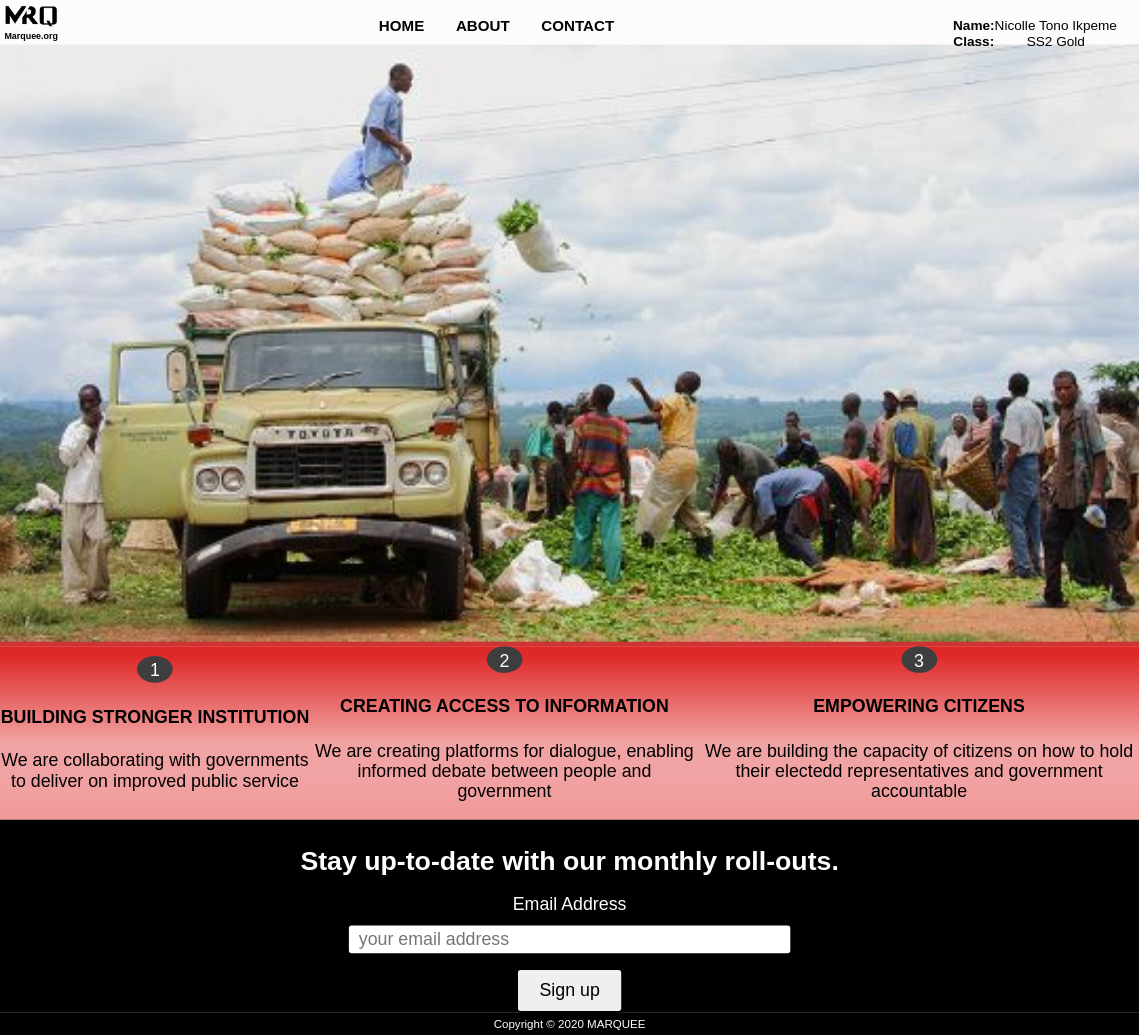
Repository: pboi18/Marquee.org
Page: home.html
An editor plug-in stored every save of this project. The page is shown before and after the next save, followed by the edit.
The browser window is 1280 px wide. The pictures show the whole page, at 89% of full size.

Above is the page before, as saved 2020-07-11 23:24:17.

### home.html
<!DOCTYPE html>
<html>
    <head>
        <meta charset="utf-8">
        <link rel="icon" type="image/png" sizes="16x16" href="img/logo.png">
        <title>Marquee</title>

        <link rel="stylesheet" href="style.css" >
        <link rel="stylesheet" href="normalize.css">
        <link rel="stylesheet" href="Grid.css">


    </head>

    <body>
        <div class="main">
            <header>
                <nav>
                    <div class="navbar">
                        <div class="logo">
                            <img src="img/logo2.jpg" alt="MARQUEE" style="width: 60px; height: 25px;">
                            <p style="font-weight:bold; font-size: x-small; margin: 0px;">Marquee.org</p>
                        </div>



                        <ul class="main-nav">
                            <li>
                                <a href="home.html">
                                    Home
                                </a>
                            </li>

                            <li>
                                <a href="about.html">
                                    ABOUT
                                </a>
                            </li>

                            <li>
                                <a href="contact.html">
                                    CONTACT
                                </a>
                            </li>

                            <li style="float: right;">
                                <table class="id">
                                    <tr>
                                        <th>Name:</th>
                                        <td> Nicolle Tono Ikpeme</td>
                                    </tr>

                                    <tr>
                                        <th>Class:</th>
                                        <td> SS2 Gold</td>
                                    </tr>

                                </table>
                            </li>

                        </ul>

                        </div>
                </nav>

                <div style="background-color: rgb(206, 52, 52)">
                    <img src="img/home.jpg" alt="Farmers" style="width: 100%; margin: 0px; height: 100%;">
                </div>

                <table class="wup">
                    <tr>
                        <td style="width: auto;" class="span-1-of-3">
                            <div class="cover">
                                <p class="numb">1</p>
                                <h4 style="text-align: center;  ;">BUILDING STRONGER INSTITUTION</h4>
                                <p style="text-align: center; font-size: 20px; ">We are collaborating with governments to deliver on improved public service</p>
                            </div>
                        </td>

                        <td style="width: auto;" class="span-1-of-3">
                            <div class="cover">
                                <p class="numb">2</p>
                                <h4 style="text-align: center;">CREATING ACCESS TO INFORMATION</h4>
                                <p style="text-align: center; font-size: 20px;">We are creating platforms for dialogue, enabling informed debate between people and government</p>
                            </div>
                        </td>

                        <td style="width: auto;" class="span-1-of-3">
                            <div class="cover">
                                <p class="numb">3</p>
                                <h4 style="text-align: center;">EMPOWERING CITIZENS</h4>
                                <p style="text-align: center; font-size: 20px;">We are building the capacity of citizens on how to hold their electedd representatives and government accountable</p>
                            </div>
                        </td>
                    </tr>
                </table>
            </header>

            <section>
                <div class="sec">
                    <h2 style="color: white; padding-top: 30px; padding-bottom: 10px; margin: 0;">Stay up-to-date with our monthly roll-outs.</h2>

                    <form style="text-align: center;">
                    <label style="color: white;">Email Address</label>
                    <input type="email" name="email" placeholder="  your email address" style=" width: 500px; margin: auto; margin-bottom: 15px;" required>
                    <button type="submit" value="SIGN UP" name="sign up" style="width: 120px; height: 50px;">Sign up</button>
                    </form>
                </div>
            </section>
        </div>

        <footer style="color: #555;">
            <P style="color: white; text-align: center; margin: auto; font-size: small; padding: 5px;">
                Copyright &copy; 2020 MARQUEE
            </P>
        </footer>
    </body>
</html>

### style.css
* {
    margin: o;
    padding: 0;
    box-sizing: border-box;
}

html {
    background-color: #fff;
    max-width: 100%;
    font-size: 20px;
    font-weight: 300;
    font-family: Arial, Helvetica, sans-serif;
    text-rendering: optimizeLegibility;
}



h1 {
    margin: 0;
}

label {
    display: block;
    padding: 10px;
}

input {
    display: block;
    width: 100%;
    height: 35px;
    border-radius: 5px;
    border: 2px #000 solid;
}

button {
    border-radius: 5px;
    border: 2px #000 solid;
}

textarea {
    display: block;
    height: 100px;
    width: 100%;
    border: 2px #000 solid;
    border-radius: 5px;
}
/* header {
    background-image: linear-gradient( rgba(0, 0, 0, 0.4), rgba(0, 0, 0, 0.4)), url(img/home.jpg);
    height: 100vh;
    background-size: cover;
    background-position: center;
} */


.logo {
    height: 40px;
    width: 60px;
    float: left;
    margin: 5px;
}

.main-nav {
    list-style: none;
    margin: auto;
    margin-top: 10px;
    text-align: center;


}

.main-nav li {
    display: inline-block;
    margin: 10px 15px;
    font-size: 85%;

}

.main-nav li a:link,
.main-nav li a:visited {
    color: #000;
    text-decoration: none;
    text-transform: uppercase;
    font-weight: bold;
    padding: 3px 0px;
    border-bottom: 3px solid transparent;
    transition: border-bottom 0.2s;
}

.main-nav li a:hover,
.main-nav li a:active {
    border-bottom: 3px solid rgb(158, 0, 0);
}
.id {
    display: inline;
    padding: 10px;
    font-size: 90%;
}

.navbar {
    height: 50px;
    width: 100%;
    display: inline-block;
    border-radius: 2px;
    box-shadow: 0px 3px -1px 2px rgb(190, 189, 189);
    position: fixed;
    background-color: rgb(253, 251, 251);
}

.navbar2 {
    height: 60px;
    width: 100%;
    display: inline-block;
    border-radius: 2px;
    box-shadow: 1px 1px 3px 2px rgb(20, 20, 20);
    /* position: fixed; */
    background-color: rgb(253, 251, 251);
}

.numb {
    border: solid 5px rgb(63, 62, 62);
    text-align: center;
    width: 40px;
    height: 30px;
    align-self: center;
    border-radius: 50%;
    margin: auto;
    background-color: rgb(63, 62, 62);
    color: white;
}
.wup {
    padding-top: 10px;

    background: linear-gradient(180deg, #DF2828 5.21%, rgba(223, 40, 40, 0.427083) 55.73%, rgba(223, 40, 40, 0.427083) 64.06%, rgba(223, 40, 40, 0.427083) 73.44%, rgba(222, 17, 17, 0.427083) 100%, rgba(170, 77, 77, 0) 100%);
}

.cover {
    border-radius: 5px;
    margin: auto;
}

.sec {
    background-color: black;
    width: 100%;
    text-align: center;
    margin-bottom: 20px #000;
}



main {
    margin: auto;
    margin-bottom: 30px;
}

.con {
    width: 90%;
    margin: auto;
    margin-bottom: 50px;
}
.contact {
    text-align: center;
    margin: auto;
    margin-bottom: 50px;
}
.image {
    width: 550px;
    height: 500px;
    float: left;
}

.form2 {
    float: right;
    text-align: left;
    font-size: 85%;
    font-weight: bold;
}

footer {
    background-color: #000;
}

### Grid.css

/*  SECTIONS  ============================================================================= */

.section {
	clear: both;
	padding: 0px;
	margin: 0px;
}

/*  GROUPING  ============================================================================= */

.row {
    zoom: 1; /* For IE 6/7 (trigger hasLayout) */
}

.row:before,
.row:after {
    content:"";
    display:table;
}
.row:after {
    clear:both;
}

/*  GRID COLUMN SETUP   ==================================================================== */

.col {
	display: block;
	float:left;
	margin: 1% 0 1% 1.6%;
}

.col:first-child { margin-left: 0; } /* all browsers except IE6 and lower */


/*  REMOVE MARGINS AS ALL GO FULL WIDTH AT 480 PIXELS */

@media only screen and (max-width: 480px) {
	.col {
		/*margin: 1% 0 1% 0%;*/
        margin: 0;
	}
}


/*  GRID OF TWO   ============================================================================= */


.span-2-of-2 {
	width: 100%;
}

.span-1-of-2 {
	width: 49.2%;
}

/*  GO FULL WIDTH AT LESS THAN 480 PIXELS */

@media only screen and (max-width: 480px) {
	.span-2-of-2 {
		width: 100%;
	}
	.span-1-of-2 {
		width: 100%;
	}
}


/*  GRID OF THREE   ============================================================================= */


.span-3-of-3 {
	width: 100%;
}

.span-2-of-3 {
	width: 66.13%;
}

.span-1-of-3 {
	width: 32.26%;
}


/*  GO FULL WIDTH AT LESS THAN 480 PIXELS */

@media only screen and (max-width: 480px) {
	.span-3-of-3 {
		width: 100%;
	}
	.span-2-of-3 {
		width: 100%;
	}
	.span-1-of-3 {
		width: 100%;
	}
}

/*  GRID OF FOUR   ============================================================================= */


.span-4-of-4 {
	width: 100%;
}

.span-3-of-4 {
	width: 74.6%;
}

.span-2-of-4 {
	width: 49.2%;
}

.span-1-of-4 {
	width: 23.8%;
}


/*  GO FULL WIDTH AT LESS THAN 480 PIXELS */

@media only screen and (max-width: 480px) {
	.span-4-of-4 {
		width: 100%;
	}
	.span-3-of-4 {
		width: 100%;
	}
	.span-2-of-4 {
		width: 100%;
	}
	.span-1-of-4 {
		width: 100%;
	}
}


/*  GRID OF FIVE   ============================================================================= */


.span-5-of-5 {
	width: 100%;
}

.span-4-of-5 {
  	width: 79.68%;
}

.span-3-of-5 {
  	width: 59.36%;
}

.span-2-of-5 {
  	width: 39.04%;
}

.span-1-of-5 {
  	width: 18.72%;
}


/*  GO FULL WIDTH AT LESS THAN 480 PIXELS */

@media only screen and (max-width: 480px) {
	.span-5-of-5 {
		width: 100%;
	}
	.span-4-of-5 {
		width: 100%;
	}
	.span-3-of-5 {
		width: 100%;
	}
	.span-2-of-5 {
		width: 100%;
	}
	.span-1-of-5 {
		width: 100%;
	}
}


/*  GRID OF SIX   ============================================================================= */


.span-6-of-6 {
	width: 100%;
}

.span-5-of-6 {
  	width: 83.06%;
}

.span-4-of-6 {
  	width: 66.13%;
}

.span-3-of-6 {
  	width: 49.2%;
}

.span-2-of-6 {
  	width: 32.26%;
}

.span-1-of-6 {
  	width: 15.33%;
}


/*  GO FULL WIDTH AT LESS THAN 480 PIXELS */

@media only screen and (max-width: 480px) {
	.span-6-of-6 {
		width: 100%;
	}
	.span-5-of-6 {
		width: 100%;
	}
	.span-4-of-6 {
		width: 100%;
	}
	.span-3-of-6 {
		width: 100%;
	}
	.span-2-of-6 {
		width: 100%;
	}
	.span-1-of-6 {
		width: 100%;
	}
}



/*  GRID OF SEVEN   ============================================================================= */


.span-7-of-7 {
	width: 100%;
}

.span-6-of-7 {
	width: 85.48%;
}

.span-5-of-7 {
  	width: 70.97%;
}

.span-4-of-7 {
  	width: 56.45%;
}

.span-3-of-7 {
  	width: 41.94%;
}

.span-2-of-7 {
  	width: 27.42%;
}

.span-1-of-7 {
  	width: 12.91%;
}


/*  GO FULL WIDTH AT LESS THAN 480 PIXELS */

@media only screen and (max-width: 480px) {
	.span-7-of-7 {
		width: 100%;
	}
	.span-6-of-7 {
		width: 100%;
	}
	.span-5-of-7 {
		width: 100%;
	}
	.span-4-of-7 {
		width: 100%;
	}
	.span-3-of-7 {
		width: 100%;
	}
	.span-2-of-7 {
		width: 100%;
	}
	.span-1-of-7 {
		width: 100%;
	}
}


/*  GRID OF EIGHT   ============================================================================= */


.span-8-of-8 {
	width: 100%;
}

.span-7-of-8 {
	width: 87.3%;
}

.span-6-of-8 {
	width: 74.6%;
}

.span-5-of-8 {
	width: 61.9%;
}

.span-4-of-8 {
	width: 49.2%;
}

.span-3-of-8 {
	width: 36.5%;
}

.span-2-of-8 {
	width: 23.8%;
}

.span-1-of-8 {
	width: 11.1%;
}


/*  GO FULL WIDTH AT LESS THAN 480 PIXELS */

@media only screen and (max-width: 480px) {
	.span-8-of-8 {
		width: 100%;
	}
	.span-7-of-8 {
		width: 100%;
	}
	.span-6-of-8 {
		width: 100%;
	}
	.span-5-of-8 {
		width: 100%;
	}
	.span-4-of-8 {
		width: 100%;
	}
	.span-3-of-8 {
		width: 100%;
	}
	.span-2-of-8 {
		width: 100%;
	}
	.span-1-of-8 {
		width: 100%;
	}
}


/*  GRID OF NINE   ============================================================================= */


.span-9-of-9 {
	width: 100%;
}

.span-8-of-9 {
	width: 88.71%;
}

.span-7-of-9 {
	width: 77.42%;
}

.span-6-of-9 {
	width: 66.13%;
}

.span-5-of-9 {
	width: 54.84%;
}

.span-4-of-9 {
	width: 43.55%;
}

.span-3-of-9 {
	width: 32.26%;
}

.span-2-of-9 {
	width: 20.97%;
}

.span-1-of-9 {
	width: 9.68%;
}


/*  GO FULL WIDTH AT LESS THAN 480 PIXELS */

@media only screen and (max-width: 480px) {
	.span-9-of-9 {
		width: 100%;
	}
	.span-8-of-9 {
		width: 100%;
	}
	.span-7-of-9 {
		width: 100%;
	}
	.span-6-of-9 {
		width: 100%;
	}
	.span-5-of-9 {
		width: 100%;
	}
	.span-4-of-9 {
		width: 100%;
	}
	.span-3-of-9 {
		width: 100%;
	}
	.span-2-of-9 {
		width: 100%;
	}
	.span-1-of-9 {
		width: 100%;
	}
}


/*  GRID OF TEN   ============================================================================= */


.span-10-of-10 {
	width: 100%;
}

.span-9-of-10 {
	width: 89.84%;
}

.span-8-of-10 {
	width: 79.68%;
}

.span-7-of-10 {
	width: 69.52%;
}

.span-6-of-10 {
	width: 59.36%;
}

.span-5-of-10 {
	width: 49.2%;
}

.span-4-of-10 {
	width: 39.04%;
}

.span-3-of-10 {
	width: 28.88%;
}

.span-2-of-10 {
	width: 18.72%;
}

.span-1-of-10 {
	width: 8.56%;
}


/*  GO FULL WIDTH AT LESS THAN 480 PIXELS */

@media only screen and (max-width: 480px) {
	.span-10-of-10 {
		width: 100%;
	}
	.span-9-of-10 {
		width: 100%;
	}
	.span-8-of-10 {
		width: 100%;
	}
	.span-7-of-10 {
		width: 100%;
	}
	.span-6-of-10 {
		width: 100%;
	}
	.span-5-of-10 {
		width: 100%;
	}
	.span-4-of-10 {
		width: 100%;
	}
	.span-3-of-10 {
		width: 100%;
	}
	.span-2-of-10 {
		width: 100%;
	}
	.span-1-of-10 {
		width: 100%;
	}
}


/*  GRID OF ELEVEN   ============================================================================= */

.span-11-of-11 {
	width: 100%;
}

.span-10-of-11 {
	width: 90.76%;
}

.span-9-of-11 {
	width: 81.52%;
}

.span-8-of-11 {
	width: 72.29%;
}

.span-7-of-11 {
	width: 63.05%;
}

.span-6-of-11 {
	width: 53.81%;
}

.span-5-of-11 {
	width: 44.58%;
}

.span-4-of-11 {
	width: 35.34%;
}

.span-3-of-11 {
	width: 26.1%;
}

.span-2-of-11 {
	width: 16.87%;
}

.span-1-of-11 {
	width: 7.63%;
}


/*  GO FULL WIDTH AT LESS THAN 480 PIXELS */

@media only screen and (max-width: 480px) {
	.span-11-of-11 {
		width: 100%;
	}
	.span-10-of-11 {
		width: 100%;
	}
	.span-9-of-11 {
		width: 100%;
	}
	.span-8-of-11 {
		width: 100%;
	}
	.span-7-of-11 {
		width: 100%;
	}
	.span-6-of-11 {
		width: 100%;
	}
	.span-5-of-11 {
		width: 100%;
	}
	.span-4-of-11 {
		width: 100%;
	}
	.span-3-of-11 {
		width: 100%;
	}
	.span-2-of-11 {
		width: 100%;
	}
	.span-1-of-11 {
		width: 100%;
	}
}


/*  GRID OF TWELVE   ============================================================================= */

.span-12-of-12 {
	width: 100%;
}

.span-11-of-12 {
	width: 91.53%;
}

.span-10-of-12 {
	width: 83.06%;
}

.span-9-of-12 {
	width: 74.6%;
}

.span-8-of-12 {
	width: 66.13%;
}

.span-7-of-12 {
	width: 57.66%;
}

.span-6-of-12 {
	width: 49.2%;
}

.span-5-of-12 {
	width: 40.73%;
}

.span-4-of-12 {
	width: 32.26%;
}

.span-3-of-12 {
	width: 23.8%;
}

.span-2-of-12 {
	width: 15.33%;
}

.span-1-of-12 {
	width: 6.86%;
}


/*  GO FULL WIDTH AT LESS THAN 480 PIXELS */

@media only screen and (max-width: 480px) {
	.span-12-of-12 {
		width: 100%;
	}
	.span-11-of-12 {
		width: 100%;
	}
	.span-10-of-12 {
		width: 100%;
	}
	.span-9-of-12 {
		width: 100%;
	}
	.span-8-of-12 {
		width: 100%;
	}
	.span-7-of-12 {
		width: 100%;
	}
	.span-6-of-12 {
		width: 100%;
	}
	.span-5-of-12 {
		width: 100%;
	}
	.span-4-of-12 {
		width: 100%;
	}
	.span-3-of-12 {
		width: 100%;
	}
	.span-2-of-12 {
		width: 100%;
	}
	.span-1-of-12 {
		width: 100%;
	}
}

Loaded but not shown: normalize.css (library)

After the next save:
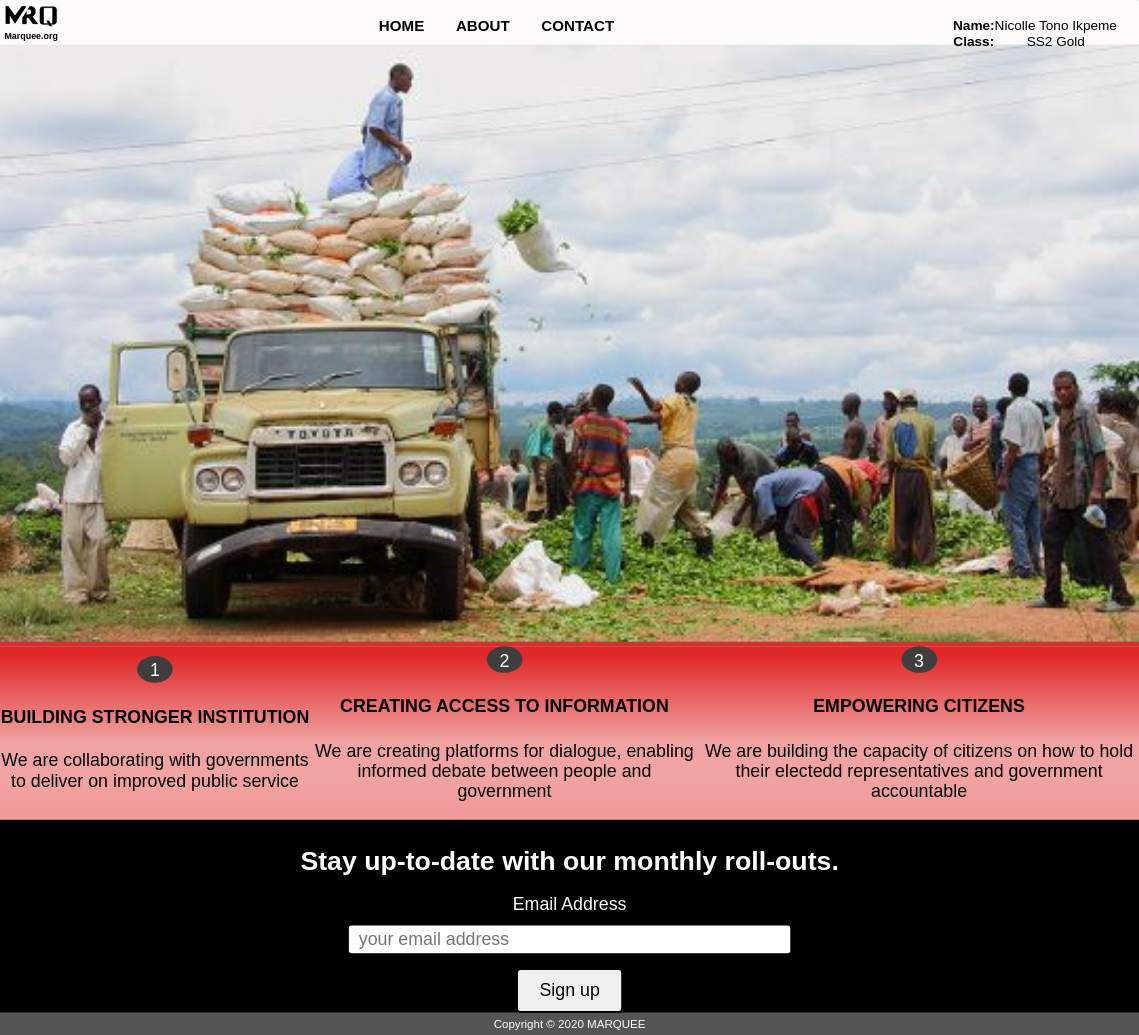
Saved 19 s later.
--- a/home.html
+++ b/home.html
@@ -109,7 +109,7 @@
             </section>
         </div>
 
-        <footer style="color: #555;">
+        <footer style=" background-color: #555;">
             <P style="color: white; text-align: center; margin: auto; font-size: small; padding: 5px;">
                 Copyright &copy; 2020 MARQUEE
             </P>
